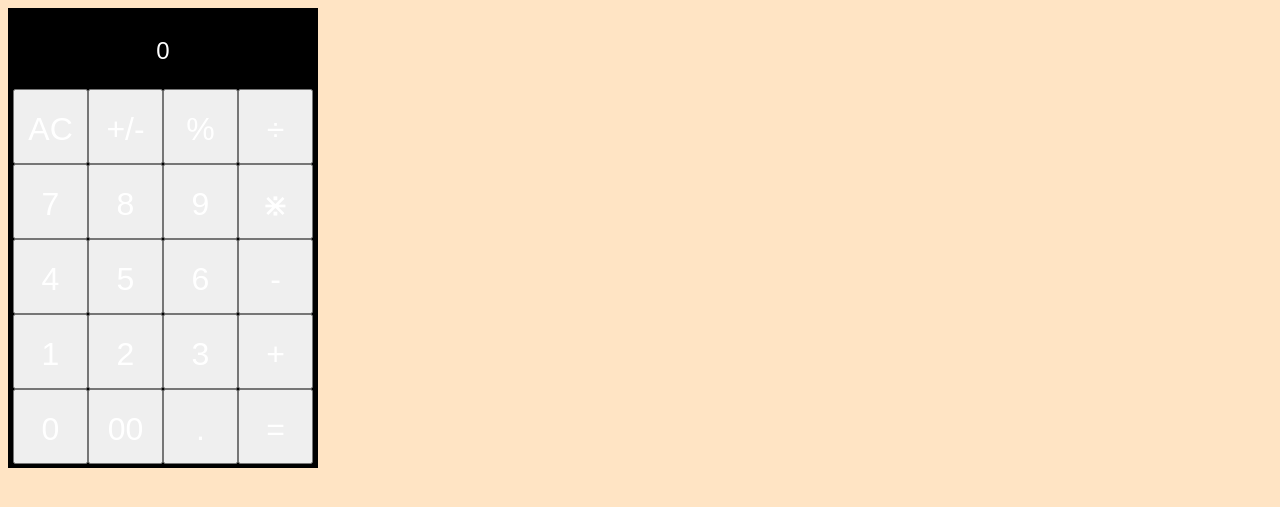
Repository: noahcallen/LAB-calculator
Page: index.html
The author's editor kept a copy of each file at every save. The page is drawn from the files as they stood at one save, then again after the next save.
The browser window is 1280 px wide. The pictures show the whole page.

Above is the page before, as saved 2024-07-10 19:14:43.

After the next save:
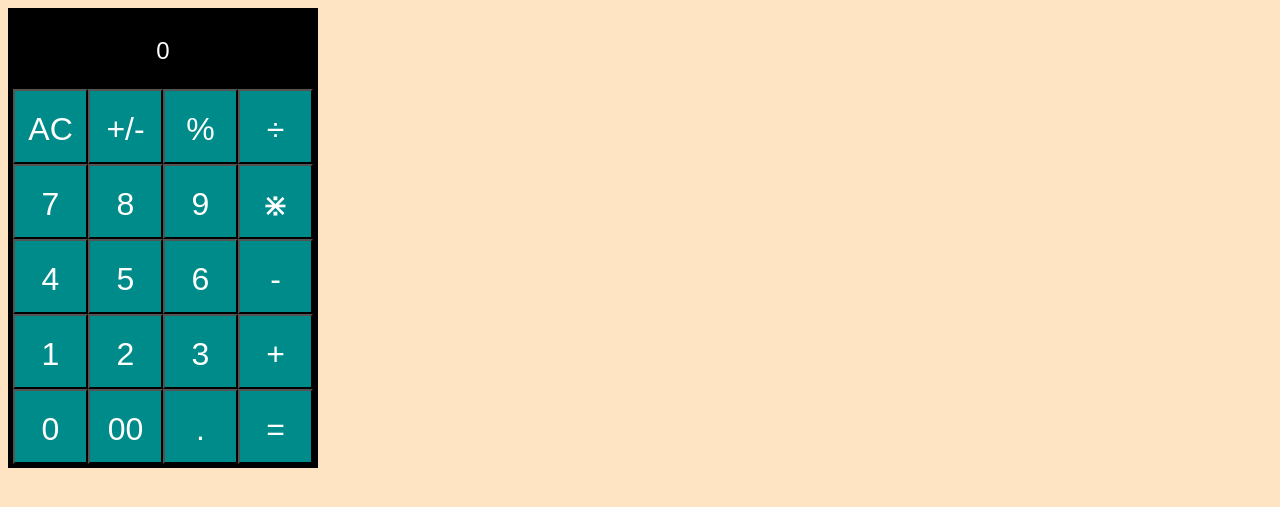
Saved 20 s later.
--- a/main.css
+++ b/main.css
@@ -19,6 +19,7 @@ body {
 }
 
 .btn-primary {
+  background-color: darkcyan;
   color: white;
   display: flex;
   flex-wrap: wrap;
